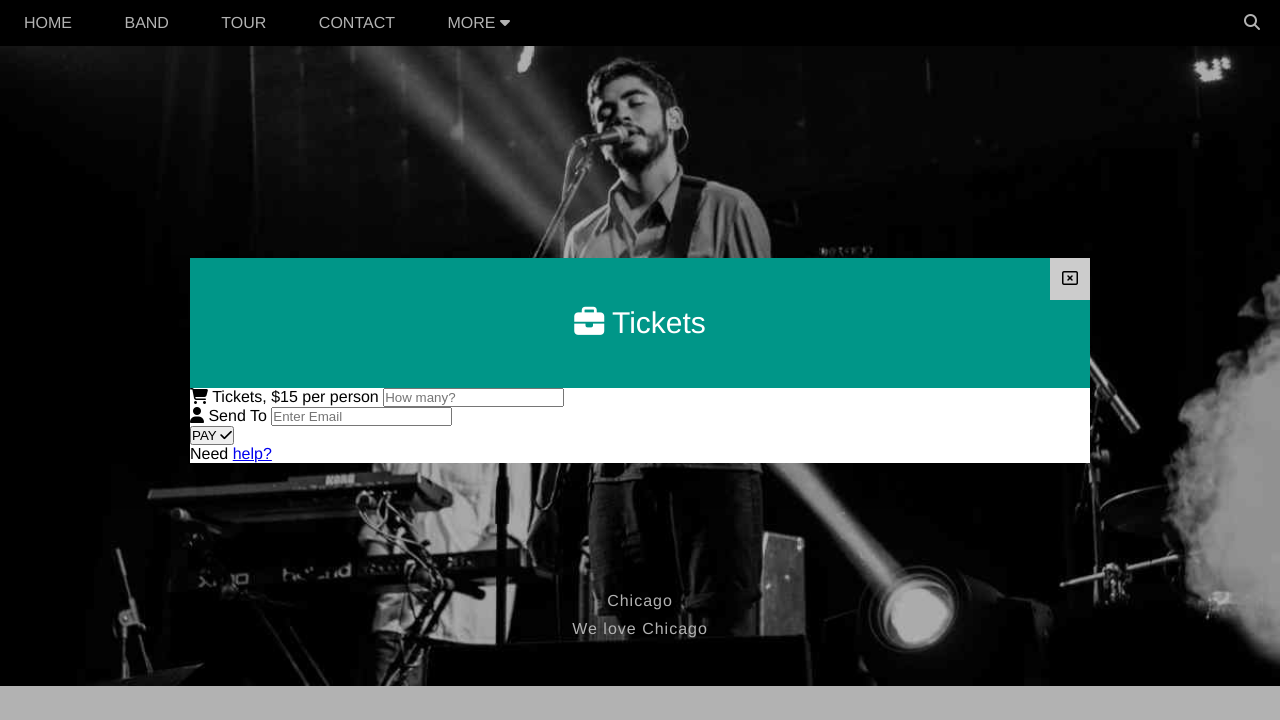
Repository: NguyenMinhChau/Theband
Page: index.html
The author's editor kept a copy of each file at every save. The page is drawn from the files as they stood at one save, then again after the next save.
The browser window is 1280 px wide. The pictures show the window.
The pointer rests on the first visible `.modal-close`.
A layer covers the whole window, so only the first screen is drawn. Some web libraries are served in a nearby version.

Above is the page before, as saved 2021-10-23 13:03:17.

After the next save:
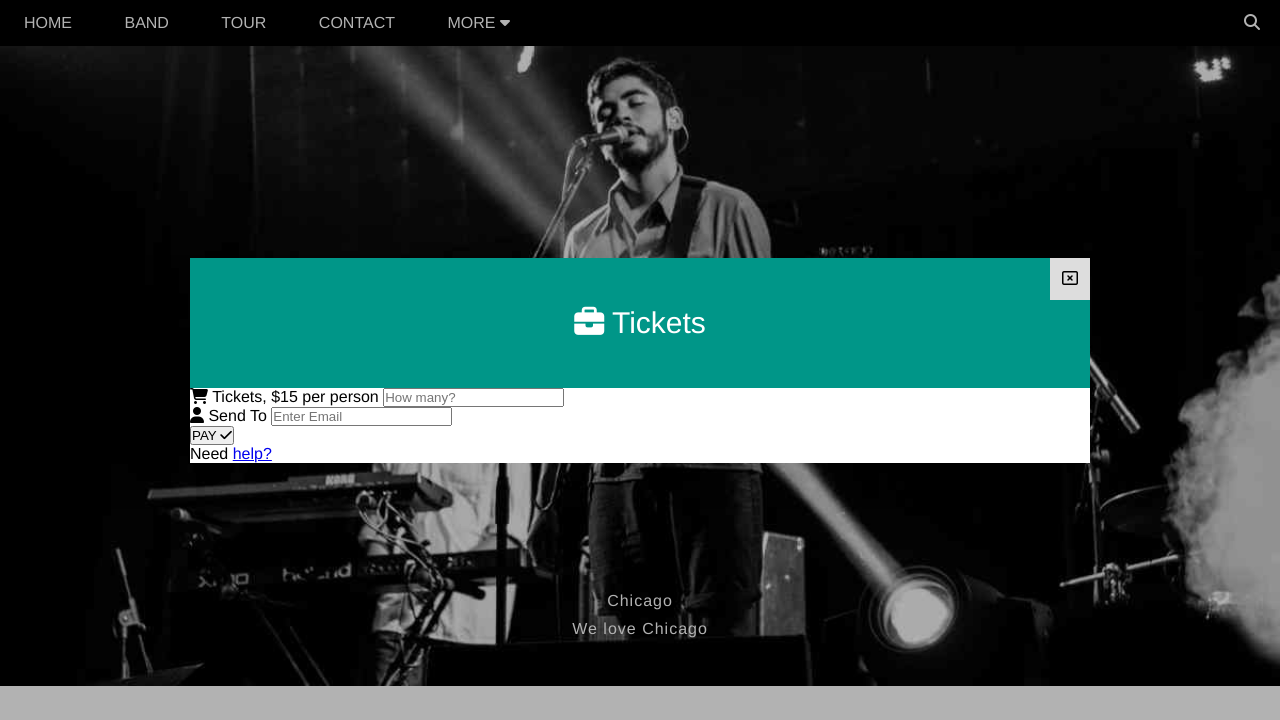
Saved 2 min 18 s later.
--- a/assets/css/style.css
+++ b/assets/css/style.css
@@ -325,7 +325,7 @@
 }
 
 .modal-close:hover{
-    background-color: #ccc;
+    background-color: #ddd;
     color: #000;
     cursor: pointer;
 }
